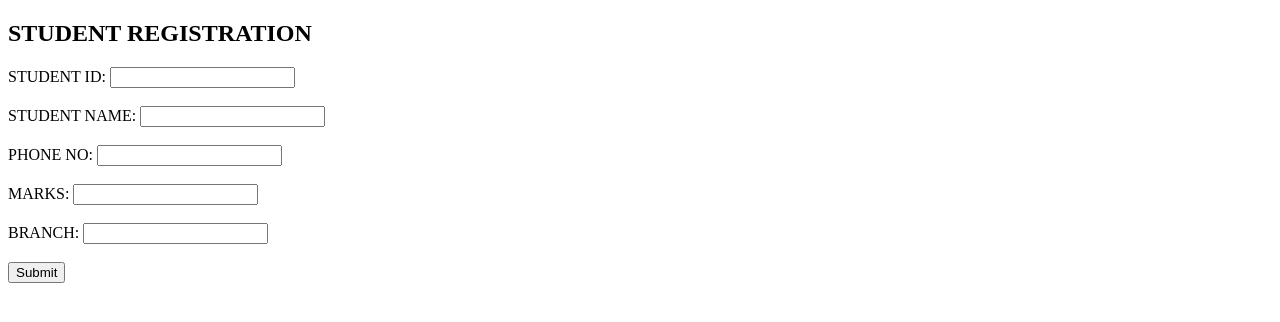
Repository: MihirCodezz/Mihir-Padaya_20136564
Page: Question2/src/main/webapp/Registration.html
The author's editor kept a copy of each file at every save. The page is drawn from the files as they stood at one save, then again after the next save.
The browser window is 1280 px wide. The pictures show the whole page.

Above is the page before, as saved 2023-07-11 07:07:55.

### Question2/src/main/webapp/Registration.html
<!DOCTYPE html>
<html>
<head>
<meta charset="ISO-8859-1">
<title>Student Registration</title>
</head>
<body>
	<h2>STUDENT REGISTRATION</h2>
	<form action="Registration" method="POST">
		<label for="sid">STUDENT ID:</label>
		<input type="text" id="sid" name="sid" required><br><br>

		<label for="sname">STUDENT NAME:</label>
		<input type="text" id="sname" name="sname" required><br><br>

		<label for="phone">PHONE NO:</label>
		<input type="text" id="phone" name="phone" required><br><br>

		<label for="marks">MARKS:</label>
		<input type="text" id="marks" name="marks" required><br><br>

		<label for="branch">BRANCH:</label>
		<input type="text" id="branch" name="branch" required><br><br>

		<input type="submit" id="Register">
	</form>
</body>
</html>

After the next save:
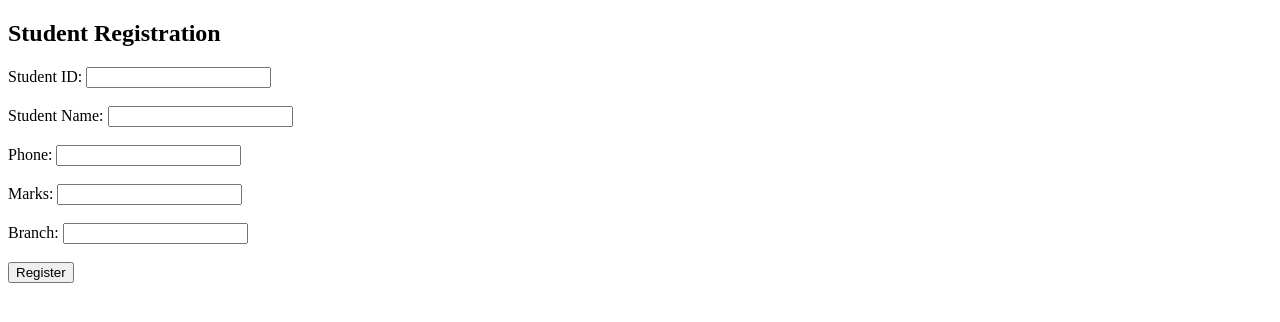
Saved 2 min 49 s later.
--- a/Question2/src/main/webapp/Registration.html
+++ b/Question2/src/main/webapp/Registration.html
@@ -1,28 +1,27 @@
 <!DOCTYPE html>
 <html>
 <head>
-<meta charset="ISO-8859-1">
-<title>Student Registration</title>
+    <title>Student Registration</title>
 </head>
 <body>
-	<h2>STUDENT REGISTRATION</h2>
-	<form action="Registration" method="POST">
-		<label for="sid">STUDENT ID:</label>
-		<input type="text" id="sid" name="sid" required><br><br>
+    <h2>Student Registration</h2>
+    <form action="Registration" method="POST">
+        <label for="sid">Student ID:</label>
+        <input type="text" id="sid" name="sid" required><br><br>
 
-		<label for="sname">STUDENT NAME:</label>
-		<input type="text" id="sname" name="sname" required><br><br>
+        <label for="sname">Student Name:</label>
+        <input type="text" id="sname" name="sname" required><br><br>
 
-		<label for="phone">PHONE NO:</label>
-		<input type="text" id="phone" name="phone" required><br><br>
+        <label for="phone">Phone:</label>
+        <input type="text" id="phone" name="phone" required><br><br>
 
-		<label for="marks">MARKS:</label>
-		<input type="text" id="marks" name="marks" required><br><br>
+        <label for="marks">Marks:</label>
+        <input type="text" id="marks" name="marks" required><br><br>
 
-		<label for="branch">BRANCH:</label>
-		<input type="text" id="branch" name="branch" required><br><br>
+        <label for="branch">Branch:</label>
+        <input type="text" id="branch" name="branch" required><br><br>
 
-		<input type="submit" id="Register">
-	</form>
+        <input type="submit" value="Register">
+    </form>
 </body>
 </html>
